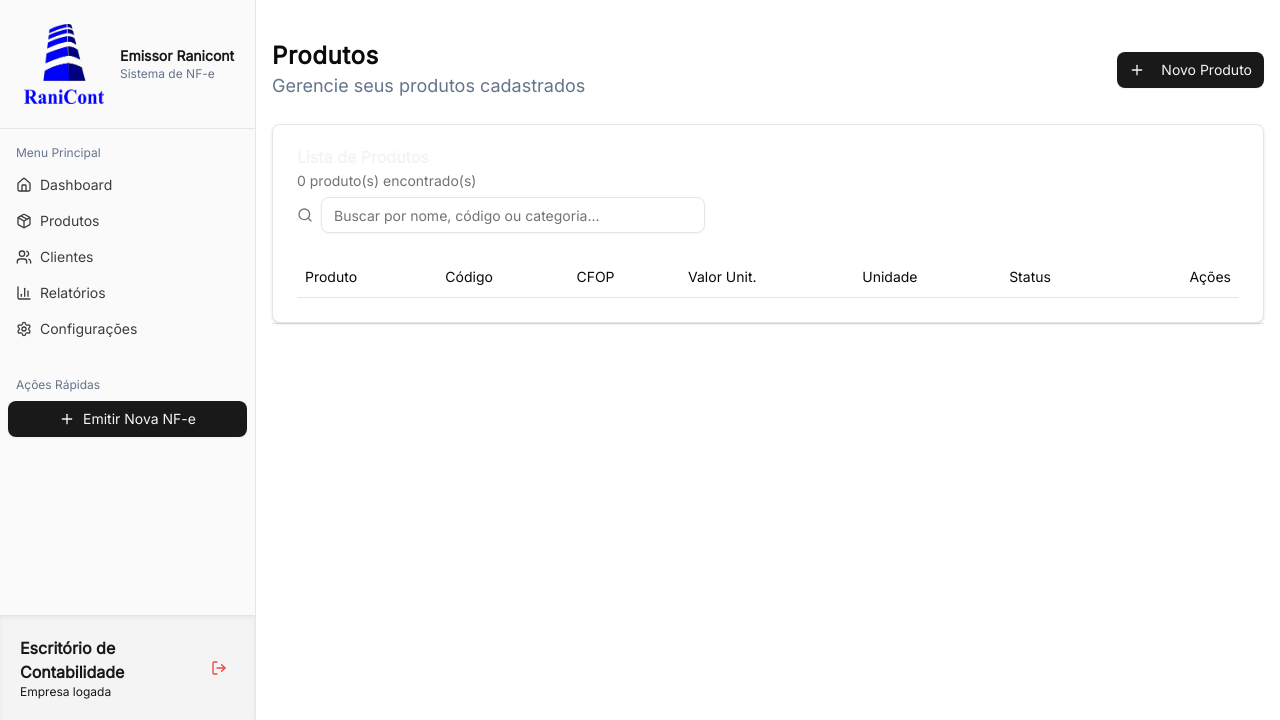
Repository: vinimx/emissor-ranicont
Page: /produtos
The author's editor kept a copy of each file at every save. The page is drawn from the files as they stood at one save, then again after the next save.
The browser window is 1280 px wide. The pictures show the whole page.
The project was rebuilt for these pictures with package versions that can differ from the ones it lists, and the page was loaded fresh each time. Also part of the build but not shown: vite.config.js, src/components/ui/label.jsx, src/components/Auth/Login/index.jsx, src/components/Auth/Cadastrar/index.jsx, src/components/ui/separator.jsx, src/components/ui/skeleton.jsx, src/components/ui/badge.jsx, src/components/Dashboard/index.jsx and 1 more.

Above is the page before, as saved 2025-06-20 11:43:07.

### index.html
<!DOCTYPE html>
<html lang="en">
  <head>
    <meta charset="UTF-8" />
    <link rel="icon" type="image/svg+xml" href="/vite.svg" />
    <meta name="viewport" content="width=device-width, initial-scale=1.0" />
    <title>Emissor Ranicont</title>
  </head>
  <body>
    <div id="root"></div>
    <script type="module" src="/src/main.jsx"></script>
  </body>
</html>

### src/main.jsx
import "./index.css";
import React from "react";
import ReactDOM from "react-dom/client";
import { BrowserRouter } from "react-router-dom";
import App from "./App";

ReactDOM.createRoot(document.getElementById("root")).render(
  <React.StrictMode>
    <BrowserRouter>
      <App />
    </BrowserRouter>
  </React.StrictMode>
);

### src/App.jsx
import { Routes, Route } from "react-router-dom";
import Login from "./components/Auth/Login";
import Cadastrar from "./components/Auth/Cadastrar";
import Dashboard from "./components/Dashboard";
import Produtos from "./components/Produtos";

function App() {
  return (
    <Routes>
      <Route path="/login" element={<Login />} />
      <Route path="/cadastrar" element={<Cadastrar />} />
      <Route path="/dashboard" element={<Dashboard />} />
      <Route path="/produtos" element={<Produtos />} />
    </Routes>
  );
}

export default App;

### src/components/Produtos/index.jsx
import React from "react";
import { SidebarProvider } from "@/components/ui/sidebar";
import HeaderPagina from "../HeaderPagina";
import { Button } from "../ui/button";
import { Plus, Search, Edit, Trash2, Package } from "lucide-react";
import { Link } from "react-router-dom";
import LayoutComSidebar from "../MobileSideBar";
import {
  Sheet,
  SheetTrigger,
  SheetContent,
  SheetHeader,
  SheetTitle,
  SheetDescription,
} from "@/components/ui/sheet";
import { Label } from "@/components/ui/label";
import { Input } from "@/components/ui/input";
import {
  Select,
  SelectTrigger,
  SelectValue,
  SelectContent,
  SelectItem,
} from "@/components/ui/select";
import {
  Card,
  CardAction,
  CardContent,
  CardDescription,
  CardFooter,
  CardHeader,
  CardTitle,
} from "@/components/ui/card";
import {
  Table,
  TableHeader,
  TableBody,
  TableRow,
  TableHead,
  TableCell,
} from "@/components/ui/table";

export default function Produtos() {
  const [isSheetOpen, setIsSheetOpen] = React.useState(false);
  const [formData, setFormData] = React.useState({
    name: "",
    code: "",
    category: "",
    unitValue: "",
    unit: "UN",
    cfop: "",
    ncm: "",
    origin: "0",
    description: "",
  });
  const [searchTerm, setSearchTerm] = React.useState("");
  const [products] = React.useState([]);
  const filteredProducts = [];

  function handleInputChange(field, value) {
    setFormData((prev) => ({
      ...prev,
      [field]: value,
    }));
  }

  function handleSubmit(e) {
    e?.preventDefault?.();
    setIsSheetOpen(false);
  }

  return (
    <SidebarProvider>
      <LayoutComSidebar>
        <div className="mt-20 md:mt-10 m-4 space-y-6 border-b border-[var(--sidebar-borda)]">
          <HeaderPagina
            titulo="Produtos"
            subtitulo="Gerencie seus produtos cadastrados"
            acao={
              <Sheet open={isSheetOpen} onOpenChange={setIsSheetOpen}>
                <SheetTrigger asChild>
                  <Button className="bg-[var(--sidebar-primaria)] text-[var(--primaria-texto)] font-medium transition-colors hover:bg-[var(--primaria-hover)] rounded-[var(--raio)]">
                    <Plus className="h-4 w-4 mr-2" />
                    Novo Produto
                  </Button>
                </SheetTrigger>
                <SheetContent
                  className="w-[290px] sm:w-[540px] p-4"
                  style={{
                    background: "#fff", // fundo claro
                    color: "var(--primaria-texto)",
                    borderColor: "var(--sidebar-borda)",
                    borderWidth: 1,
                    borderStyle: "solid",
                    borderRadius: "var(--raio)",
                  }}
                >
                  <SheetHeader>
                    <SheetTitle>Novo Produto</SheetTitle>
                    <SheetDescription>
                      Preencha os dados do produto para cadastrá-lo no sistema.
                    </SheetDescription>
                  </SheetHeader>
                  <div className="grid gap-4 py-4">
                    <div className="space-y-2">
                      <Label htmlFor="name">Nome do Produto</Label>
                      <Input
                        id="name"
                        value={formData.name}
                        onChange={(e) =>
                          handleInputChange("name", e.target.value)
                        }
                        placeholder="Nome do produto"
                      />
                    </div>
                    <div className="grid grid-cols-2 gap-4">
                      <div className="space-y-2">
                        <Label htmlFor="code">Código</Label>
                        <Input
                          id="code"
                          value={formData.code}
                          onChange={(e) =>
                            handleInputChange("code", e.target.value)
                          }
                          placeholder="PRD001"
                        />
                      </div>
                      <div className="space-y-2">
                        <Label htmlFor="category">Tipo</Label>
                        <Select
                          value={formData.category}
                          onValueChange={(value) =>
                            handleInputChange("category", value)
                          }
                        >
                          <SelectTrigger>
                            <SelectValue placeholder="Selecione um Tipo" />
                          </SelectTrigger>
                          <SelectContent>
                            <SelectItem value="00">
                              00 - Mercadoria para revenda
                            </SelectItem>
                            <SelectItem value="01">
                              01 - Matéria-prima
                            </SelectItem>
                            <SelectItem value="02">02 - Embalagem</SelectItem>
                            <SelectItem value="03">
                              03 - Produto em processo
                            </SelectItem>
                            <SelectItem value="04">
                              04 - Produto acabado
                            </SelectItem>
                            <SelectItem value="05">05 - Subproduto</SelectItem>
                            <SelectItem value="06">
                              06 - Produto Intermediário
                            </SelectItem>
                            <SelectItem value="07">
                              07 - Material de uso e consumo
                            </SelectItem>
                            <SelectItem value="08">
                              08 - Ativo Imobilizado
                            </SelectItem>
                            <SelectItem value="10">
                              10 - Outros insumos
                            </SelectItem>
                            <SelectItem value="99">99 - Outras</SelectItem>
                          </SelectContent>
                        </Select>
                      </div>
                    </div>
                    <div className="grid grid-cols-2 gap-4">
                      <div className="space-y-2">
                        <Label htmlFor="unitValue">Preço Comercial</Label>
                        <Input
                          id="unitValue"
                          type="number"
                          step="0.01"
                          value={formData.unitValue}
                          onChange={(e) =>
                            handleInputChange("unitValue", e.target.value)
                          }
                          placeholder="0,00"
                        />
                      </div>
                      <div className="space-y-2">
                        <Label htmlFor="unitValue">Preço Tributável</Label>
                        <Input
                          id="unitValue"
                          type="number"
                          step="0.01"
                          value={formData.unitValue}
                          onChange={(e) =>
                            handleInputChange("unitValue", e.target.value)
                          }
                          placeholder="0,00"
                        />
                      </div>
                      <div className="space-y-2">
                        <Label htmlFor="unit">Unidade Comercial</Label>
                        <Select
                          value={formData.unit}
                          onValueChange={(value) =>
                            handleInputChange("unit", value)
                          }
                        >
                          <SelectTrigger>
                            <SelectValue />
                          </SelectTrigger>
                          <SelectContent>
                            <SelectItem value="UN">Unidade (UN)</SelectItem>
                            <SelectItem value="KG">Quilograma (KG)</SelectItem>
                            <SelectItem value="M">Metro (M)</SelectItem>
                            <SelectItem value="L">Litro (L)</SelectItem>
                            <SelectItem value="CX">Caixa (CX)</SelectItem>
                          </SelectContent>
                        </Select>
                      </div>
                      <div className="space-y-2">
                        <Label htmlFor="unit">Unidade Tributável</Label>
                        <Select
                          value={formData.unit}
                          onValueChange={(value) =>
                            handleInputChange("unit", value)
                          }
                        >
                          <SelectTrigger>
                            <SelectValue />
                          </SelectTrigger>
                          <SelectContent>
                            <SelectItem value="UN">Unidade (UN)</SelectItem>
                            <SelectItem value="KG">Quilograma (KG)</SelectItem>
                            <SelectItem value="M">Metro (M)</SelectItem>
                            <SelectItem value="L">Litro (L)</SelectItem>
                            <SelectItem value="CX">Caixa (CX)</SelectItem>
                          </SelectContent>
                        </Select>
                      </div>
                    </div>
                    <div className="grid grid-cols-2 gap-4">
                      <div className="space-y-2">
                        <Label htmlFor="cfop">CFOP</Label>
                        <Input
                          id="cfop"
                          value={formData.cfop}
                          onChange={(e) =>
                            handleInputChange("cfop", e.target.value)
                          }
                          placeholder="5102"
                        />
                      </div>
                      <div className="space-y-2">
                        <Label htmlFor="ncm">NCM</Label>
                        <Input
                          id="ncm"
                          value={formData.ncm}
                          onChange={(e) =>
                            handleInputChange("ncm", e.target.value)
                          }
                          placeholder="84713012"
                        />
                      </div>
                    </div>
                    <div className="space-y-2">
                      <Label htmlFor="origin">Origem</Label>
                      <Select
                        value={formData.origin}
                        onValueChange={(value) =>
                          handleInputChange("origin", value)
                        }
                      >
                        <SelectTrigger>
                          <SelectValue />
                        </SelectTrigger>
                        <SelectContent>
                          <SelectItem value="0">0 - Nacional</SelectItem>
                          <SelectItem value="1">
                            1 - Estrangeira - Importação direta
                          </SelectItem>
                          <SelectItem value="2">
                            2 - Estrangeira - Adquirida no mercado interno
                          </SelectItem>
                        </SelectContent>
                      </Select>
                    </div>
                    <div className="space-y-2">
                      <Label htmlFor="description">Descrição</Label>
                      <Input
                        id="description"
                        value={formData.description}
                        onChange={(e) =>
                          handleInputChange("description", e.target.value)
                        }
                        placeholder="Descrição detalhada do produto"
                      />
                    </div>
                  </div>
                  <div className="flex gap-2">
                    <Button
                      onClick={handleSubmit}
                      className="flex-1 h-8 w-2 bg-[var(--sidebar-primaria)] text-[var(--primaria-texto)] font-medium transition-colors hover:bg-[var(--primaria-hover)] rounded-[var(--raio)]"
                    >
                      Salvar Produto
                    </Button>
                    <Button
                      variant="outline"
                      onClick={() => setIsSheetOpen(false)}
                    >
                      Cancelar
                    </Button>
                  </div>
                </SheetContent>
              </Sheet>
            }
          />
          <Card
            style={{
              background: "#fff", // fundo claro
              color: "var(--primaria-texto)",
              borderColor: "var(--sidebar-borda)",
              borderWidth: 1,
              borderStyle: "solid",
              borderRadius: "var(--raio)",
            }}
          >
            <CardHeader>
              <CardTitle>Lista de Produtos</CardTitle>
              <CardDescription>
                {filteredProducts.length} produto(s) encontrado(s)
              </CardDescription>
              <div className="flex items-center space-x-2">
                <Search className="h-4 w-4 text-muted-foreground" />
                <Input
                  placeholder="Buscar por nome, código ou categoria..."
                  value={searchTerm}
                  onChange={(e) => setSearchTerm(e.target.value)}
                  className="max-w-sm"
                />
              </div>
            </CardHeader>
            <CardContent>
              {/* Tabela para telas médias e grandes */}
              <div className="hidden md:block">
                <Table>
                  <TableHeader>
                    <TableRow>
                      <TableHead>Produto</TableHead>
                      <TableHead>Código</TableHead>
                      <TableHead>CFOP</TableHead>
                      <TableHead>Valor Unit.</TableHead>
                      <TableHead>Unidade</TableHead>
                      <TableHead>Status</TableHead>
                      <TableHead className="text-right">Ações</TableHead>
                    </TableRow>
                  </TableHeader>
                  <TableBody>
                    {filteredProducts.map((product) => (
                      <TableRow key={product.id}>
                        <TableCell>
                          <div className="flex items-center space-x-2">
                            <Package className="h-4 w-4 text-muted-foreground" />
                            <div>
                              <div className="font-medium">{product.name}</div>
                              <div className="text-sm text-muted-foreground">
                                {product.category}
                              </div>
                            </div>
                          </div>
                        </TableCell>
                        <TableCell>
                          <div className="font-mono text-sm">
                            {product.code}
                          </div>
                        </TableCell>
                        <TableCell>
                          <div className="font-mono text-sm">
                            {product.cfop}
                          </div>
                        </TableCell>
                        <TableCell>
                          <div className="font-medium">
                            R${" "}
                            {product.unitValue.toLocaleString("pt-BR", {
                              minimumFractionDigits: 2,
                            })}
                          </div>
                        </TableCell>
                        <TableCell>
                          <Badge variant="outline">{product.unit}</Badge>
                        </TableCell>
                        <TableCell>
                          <Badge
                            variant={
                              product.status === "Ativo"
                                ? "default"
                                : "secondary"
                            }
                          >
                            {product.status}
                          </Badge>
                        </TableCell>
                        <TableCell className="text-right">
                          <div className="flex justify-end space-x-2">
                            <Button variant="outline" size="sm">
                              <Edit className="h-4 w-4" />
                            </Button>
                            <Button variant="outline" size="sm">
                              <Trash2 className="h-4 w-4" />
                            </Button>
                          </div>
                        </TableCell>
                      </TableRow>
                    ))}
                  </TableBody>
                </Table>
              </div>
              {/* Cards para telas pequenas */}
              <div className="flex flex-col gap-4 md:hidden">
                {filteredProducts.map((product) => (
                  <div
                    key={product.id}
                    className="border rounded-lg p-3 shadow"
                    style={{
                      background: "#fff", // fundo claro
                      color: "var(--primaria-texto)",
                      borderColor: "var(--sidebar-borda)",
                      borderWidth: 1,
                      borderStyle: "solid",
                      borderRadius: "var(--raio)",
                    }}
                  >
                    <div className="font-bold">{product.name}</div>
                    <div
                      className="text-xs mb-2"
                      style={{ color: "var(--sidebar-borda)" }}
                    >
                      {product.category}
                    </div>
                    <div className="flex flex-wrap gap-2 text-sm">
                      <span>
                        <b>Código:</b> {product.code}
                      </span>
                      <span>
                        <b>CFOP:</b> {product.cfop}
                      </span>
                      <span>
                        <b>Valor:</b> R${" "}
                        {Number(product.unitValue).toLocaleString("pt-BR", {
                          minimumFractionDigits: 2,
                        })}
                      </span>
                      <span>
                        <b>Unidade:</b> {product.unit}
                      </span>
                      <span>
                        <b>Status:</b> {product.status}
                      </span>
                    </div>
                    <div className="flex gap-2 mt-2">
                      <Button
                        variant="outline"
                        size="sm"
                        style={{
                          borderColor: "var(--sidebar-borda)",
                          color: "var(--sidebar-primaria)",
                        }}
                      >
                        <Edit className="h-4 w-4" />
                      </Button>
                      <Button
                        variant="outline"
                        size="sm"
                        style={{
                          borderColor: "var(--sidebar-borda)",
                          color: "var(--sidebar-primaria)",
                        }}
                      >
                        <Trash2 className="h-4 w-4" />
                      </Button>
                    </div>
                  </div>
                ))}
              </div>
            </CardContent>
          </Card>
        </div>
      </LayoutComSidebar>
    </SidebarProvider>
  );
}

### src/components/ui/input.jsx
import * as React from "react"

import { cn } from "@/lib/utils"

function Input({
  className,
  type,
  ...props
}) {
  return (
    <input
      type={type}
      data-slot="input"
      className={cn(
        "file:text-foreground placeholder:text-muted-foreground selection:bg-primary selection:text-primary-foreground dark:bg-input/30 border-input flex h-9 w-full min-w-0 rounded-md border bg-transparent px-3 py-1 text-base shadow-xs transition-[color,box-shadow] outline-none file:inline-flex file:h-7 file:border-0 file:bg-transparent file:text-sm file:font-medium disabled:pointer-events-none disabled:cursor-not-allowed disabled:opacity-50 md:text-sm",
        "focus-visible:border-ring focus-visible:ring-ring/50 focus-visible:ring-[3px]",
        "aria-invalid:ring-destructive/20 dark:aria-invalid:ring-destructive/40 aria-invalid:border-destructive",
        className
      )}
      {...props} />
  );
}

export { Input }

### src/components/Logo/index.jsx
import React from "react";
import logoEmissor from "/assets/images/logo.png";

const Logo = () => {
  return (
    <a href="#">
      <img src={logoEmissor} alt="Logo Emissor" className="h-20 w-20" />
    </a>
  );
};

export default Logo;

### src/components/HeaderPagina/index.jsx
import React from "react";

export default function HeaderPagina({ titulo, subtitulo, acao, children }) {
  return (
    <div className="flex items-center justify-between">
      <div>
        <h2 className="text-2xl font-bold tracking-wide">{titulo}</h2>
        {subtitulo && (
          <p className="text-lg" style={{ color: "var(--suave-texto)" }}>
            {subtitulo}
          </p>
        )}
        {children}
      </div>
      {acao && <div>{acao}</div>}
    </div>
  );
}

Loaded but not shown: src/lib/utils.js (common file); src/hooks/use-mobile.js (common file); src/components/ui/sidebar.jsx (681 lines, source omitted); src/index.css (181 lines, source omitted); src/components/SideBar/index.jsx (158 lines, source omitted); src/components/ui/sheet.jsx (138 lines, source omitted); src/components/ui/table.jsx (121 lines, source omitted); src/components/ui/button.jsx (55 lines, source omitted); src/components/ui/card.jsx (101 lines, source omitted); src/components/ui/tooltip.jsx (55 lines, source omitted); src/components/MobileSideBar/index.jsx (38 lines, source omitted)

After the next save:
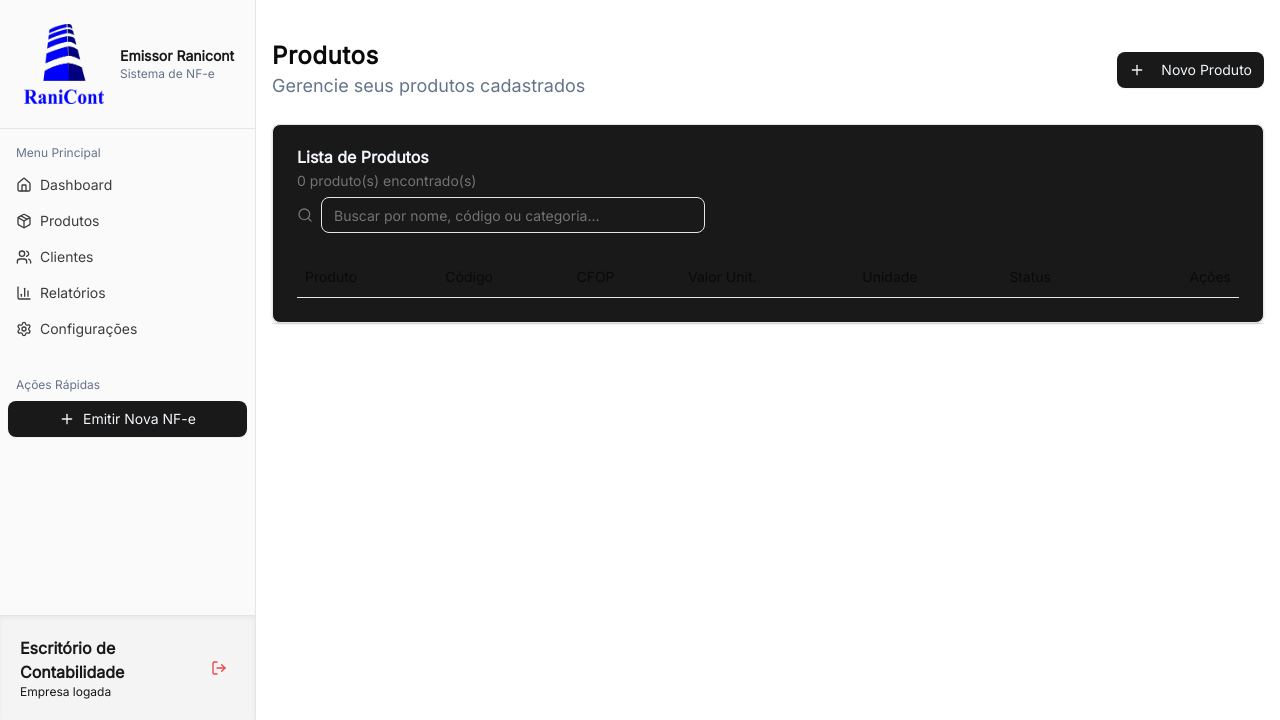
Saved 10 s later.
--- a/src/components/Produtos/index.jsx
+++ b/src/components/Produtos/index.jsx
@@ -87,7 +87,7 @@ export default function Produtos() {
                 <SheetContent
                   className="w-[290px] sm:w-[540px] p-4"
                   style={{
-                    background: "#fff", // fundo claro
+                    background: "var(--sidebar-primaria)",
                     color: "var(--primaria-texto)",
                     borderColor: "var(--sidebar-borda)",
                     borderWidth: 1,
@@ -314,7 +314,7 @@ export default function Produtos() {
           />
           <Card
             style={{
-              background: "#fff", // fundo claro
+              background: "var(--sidebar-primaria)",
               color: "var(--primaria-texto)",
               borderColor: "var(--sidebar-borda)",
               borderWidth: 1,
@@ -420,7 +420,7 @@ export default function Produtos() {
                     key={product.id}
                     className="border rounded-lg p-3 shadow"
                     style={{
-                      background: "#fff", // fundo claro
+                      background: "var(--sidebar-primaria)",
                       color: "var(--primaria-texto)",
                       borderColor: "var(--sidebar-borda)",
                       borderWidth: 1,
